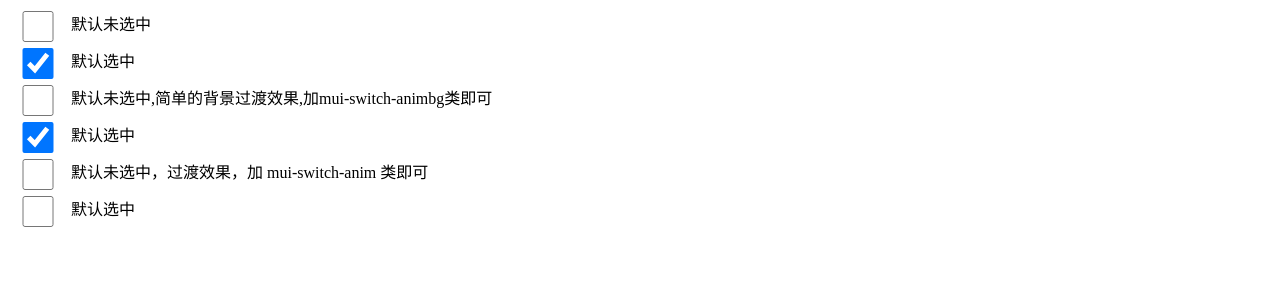
Repository: Germtao/Web
Page: web_css/css_others.html
An editor plug-in stored every save of this project. The page is shown before and after the next save, followed by the edit.
The browser window is 1280 px wide. The pictures show the whole page.

Above is the page before, as saved 2020-11-05 15:26:23.

After the next save:
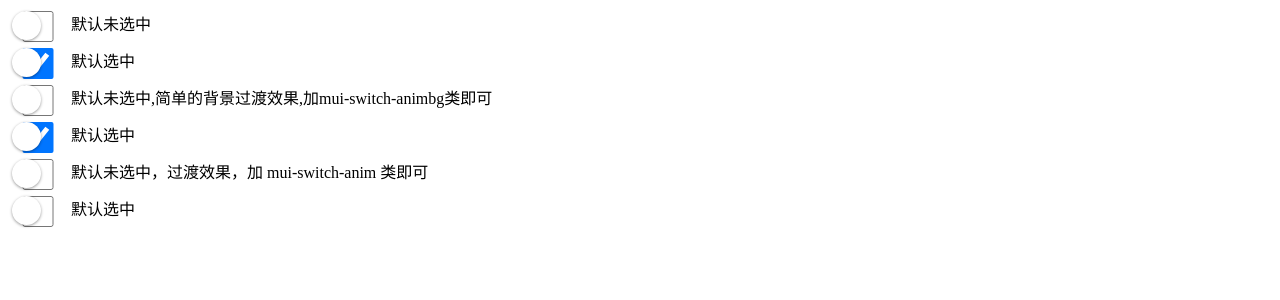
Saved 105 s later.
--- a/web_css/css_others.html
+++ b/web_css/css_others.html
@@ -40,6 +40,15 @@
       width: 29px;
       height: 29px;
       position: absolute;
+      top: 0;
+      left: 0;
+      border-radius: 20px;
+      border-top-left-radius: 20px;
+      border-top-right-radius: 20px;
+      border-bottom-left-radius: 20px;
+      border-bottom-right-radius: 20px;
+      background-color: #fff;
+      box-shadow: 0 1px 3px rgba(0, 0, 0, 0.4);
     }
   </style>
 </head>
